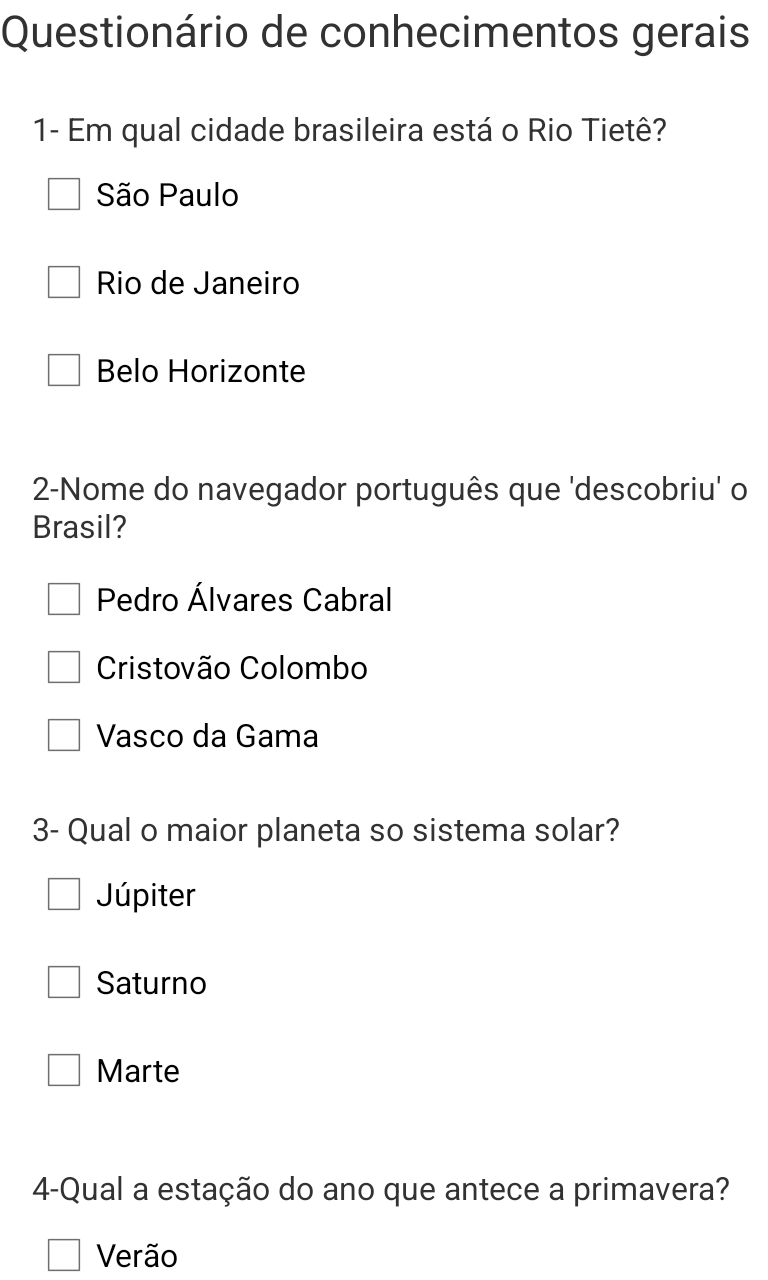
Repository: laralrnc/ExerciciosMOBILE_ETEC
Layout: PRIMEIRO SEMESTRE/Android1/quiz_Lara/res/layout/activity_main.xml
These files come from the project's save history. The layout is drawn as it stood at one moment and after the next save; the edit follows.
It is drawn on a 768 x 1280 px phone screen (xhdpi) without system bars, with theme AppTheme; the app's code is not run. The app's manifest (not shown) leaves right-to-left support off. So textAlignment, textDirection and layoutDirection are ignored, and left and right values win over start and end ones.

Above is the layout before, as saved 2018-05-02 13:29:55.

After the next save:
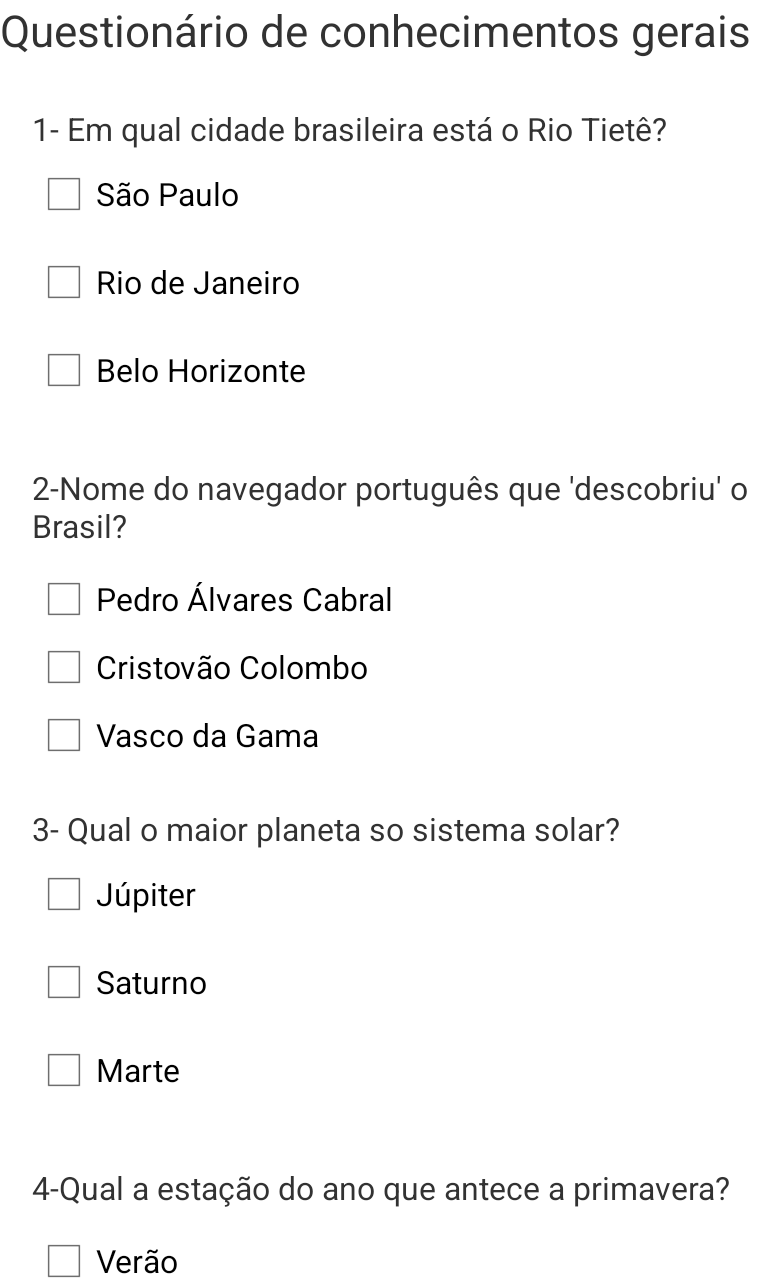
Saved 76 s later.
--- a/PRIMEIRO SEMESTRE/Android1/quiz_Lara/res/layout/activity_main.xml
+++ b/PRIMEIRO SEMESTRE/Android1/quiz_Lara/res/layout/activity_main.xml
@@ -12,9 +12,10 @@
         android:layout_centerHorizontal="true"
         android:layout_marginTop="0dp">
 -->
+
         <LinearLayout
             android:layout_width="match_parent"
-            android:layout_height="match_parent"
+            android:layout_height="719dp"
             android:layout_gravity="top"
             android:orientation="vertical" >
 
